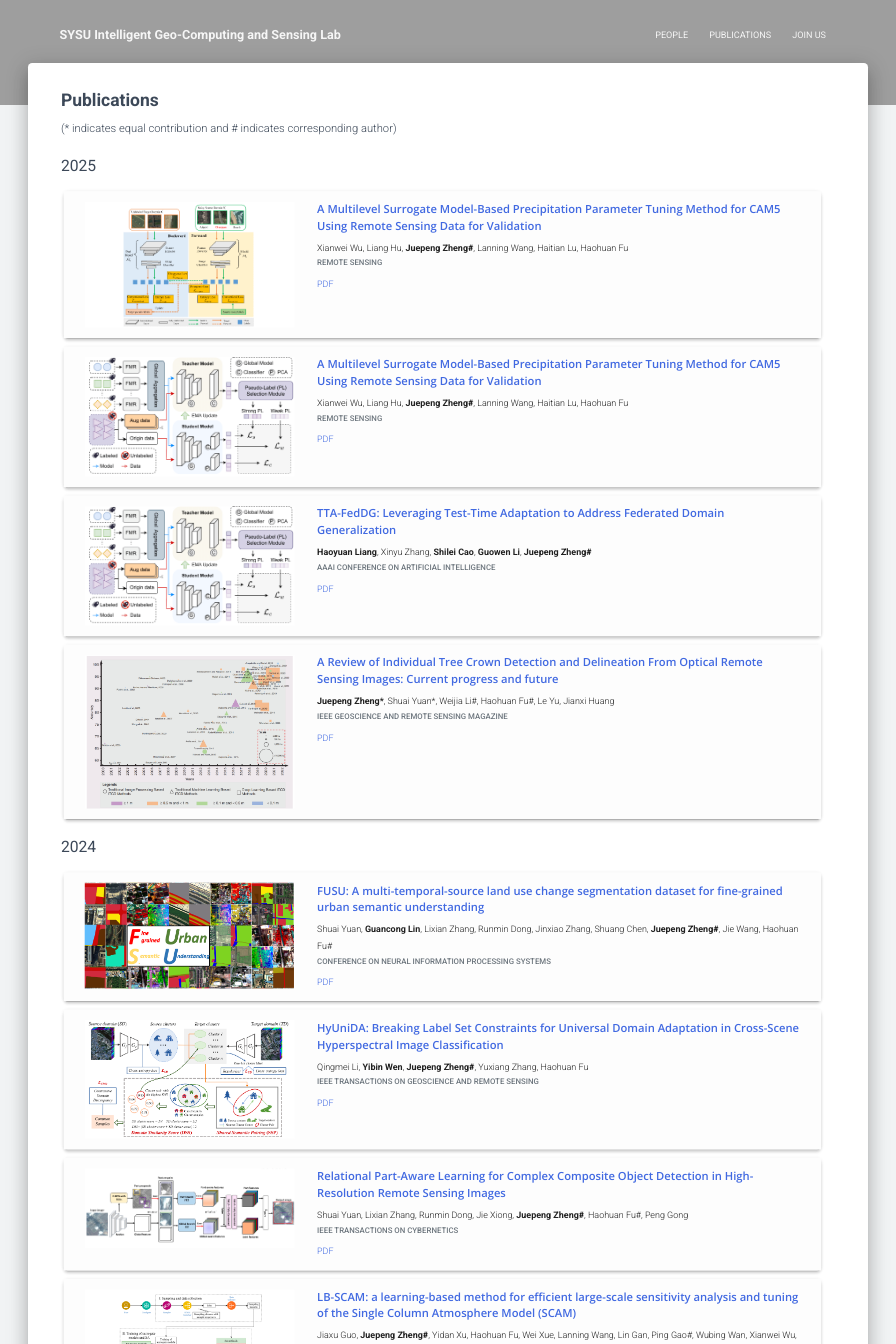
Repository: rssysu/rssysu.github.io
Page: pub.html
The author's editor kept a copy of each file at every save. The page is drawn from the files as they stood at one save, then again after the next save.
The browser window is 1280 px wide. The pictures show the part of the page from y = 0 to 1920 px (the page is 4863 px tall), at 70% of full size.
Pictures or frames that could not be fetched are drawn as grey boxes. Some web libraries are served in a nearby version.

Above is the page before, as saved 2025-03-21 19:23:19.

After the next save:
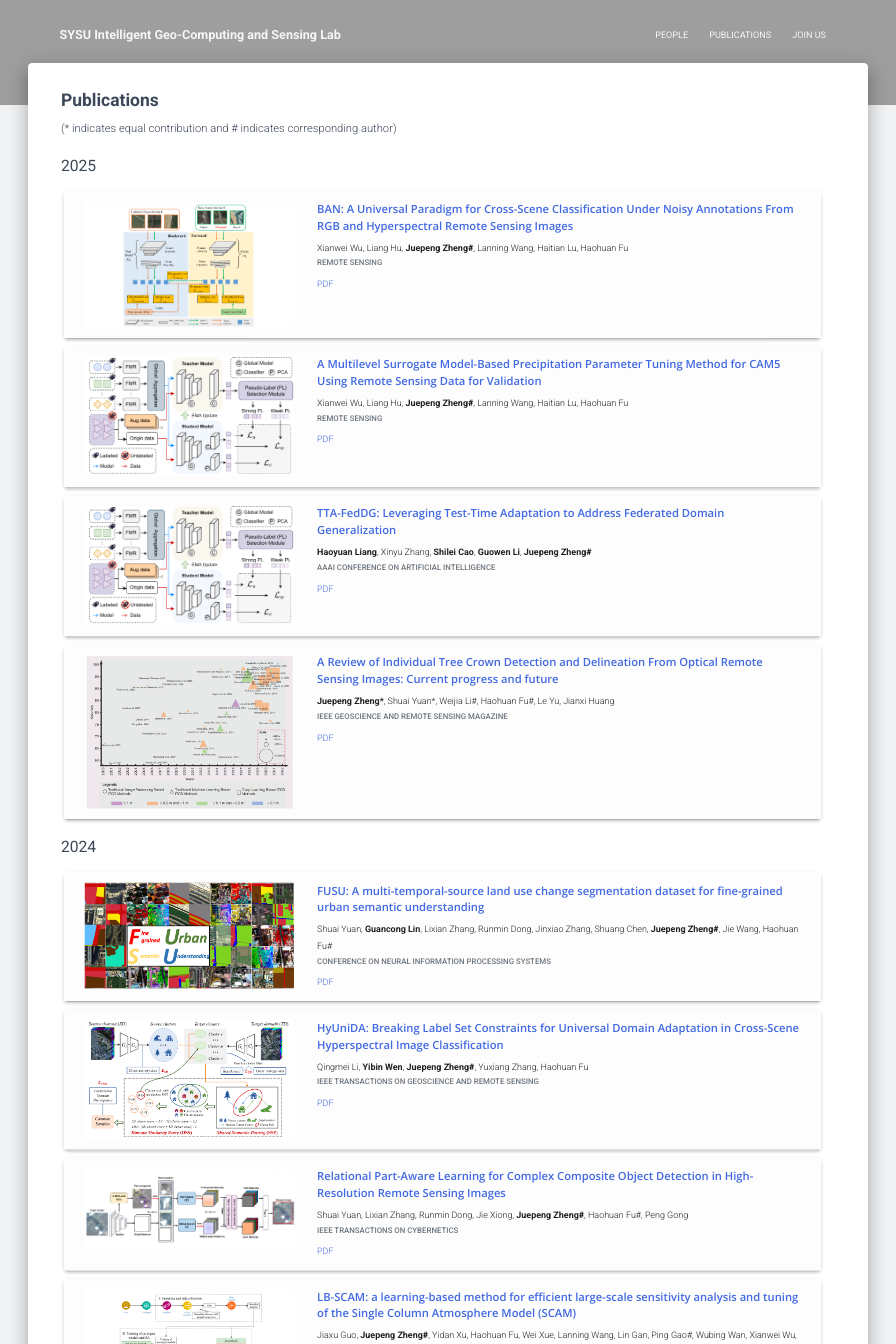
Saved 24 s later.
--- a/pub.html
+++ b/pub.html
@@ -76,7 +76,7 @@
           <div class="card" style="width: 97%;">
             <div class="card-body" style="background-color: rgb(253, 253, 253);">
               <img class="card-pic-left" src="assets/paper/ban.png" width=300px>
-              <h4 class="card-title" style="margin-top: -0.1em;"><a href="assets/paper/ban.pdf">A Multilevel Surrogate Model-Based Precipitation Parameter Tuning Method for CAM5 Using Remote Sensing Data for Validation</a>  </h4>
+              <h4 class="card-title" style="margin-top: -0.1em;"><a href="assets/paper/ban.pdf">BAN: A Universal Paradigm for Cross-Scene Classification Under Noisy Annotations From RGB and Hyperspectral Remote Sensing Images</a>  </h4>
               <p class="card-text">Xianwei Wu, Liang Hu, <b>Juepeng Zheng#</b>, Lanning Wang, Haitian Lu, Haohuan Fu</p>
               <h6 class="card-subtitle mb-2 text-muted">Remote Sensing</h6>
               <a href="assets/paper/ams.pdf" target="_blank">PDF </a>
